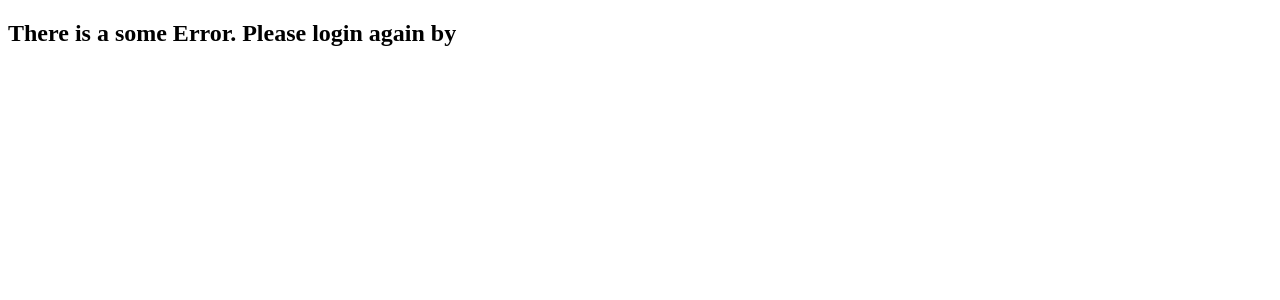
Repository: PNSVN3035/excelr-evening-full-stack
Page: http://localhost/login-application/loginError.jsp
These files come from the project's save history. The page is drawn as it stood at one moment and after the next save; the edit follows.
The browser window is 1280 px wide. The pictures show the whole page.
The page is served by Tomcat 9. Other server files are loaded and not shown.

Above is the page before, as saved 2024-05-23 01:25:04.

### ExcelREvening/Backend/servlets-and-jsp/04-servlets-and-jsp-projects/login-application/src/main/webapp/loginError.jsp
<!DOCTYPE html>
<html>
	<head>
		<meta charset="ISO-8859-1">
		<title>Error Page</title>
	</head>
	<body>
	<h2>There is a some Error. Please login again by</h2>
	</body>
</html>

After the next save:
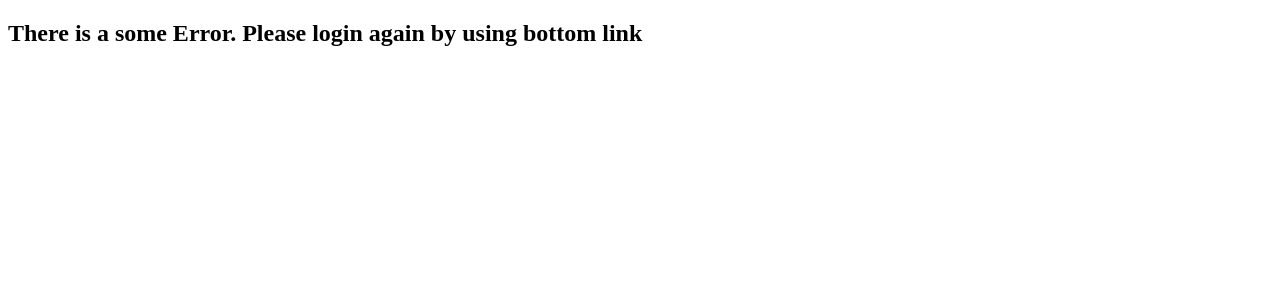
Saved 13 s later.
--- a/ExcelREvening/Backend/servlets-and-jsp/04-servlets-and-jsp-projects/login-application/src/main/webapp/loginError.jsp
+++ b/ExcelREvening/Backend/servlets-and-jsp/04-servlets-and-jsp-projects/login-application/src/main/webapp/loginError.jsp
@@ -5,6 +5,6 @@
 		<title>Error Page</title>
 	</head>
 	<body>
-	<h2>There is a some Error. Please login again by</h2>
+	<h2>There is a some Error. Please login again by using bottom link</h2>
 	</body>
 </html>
